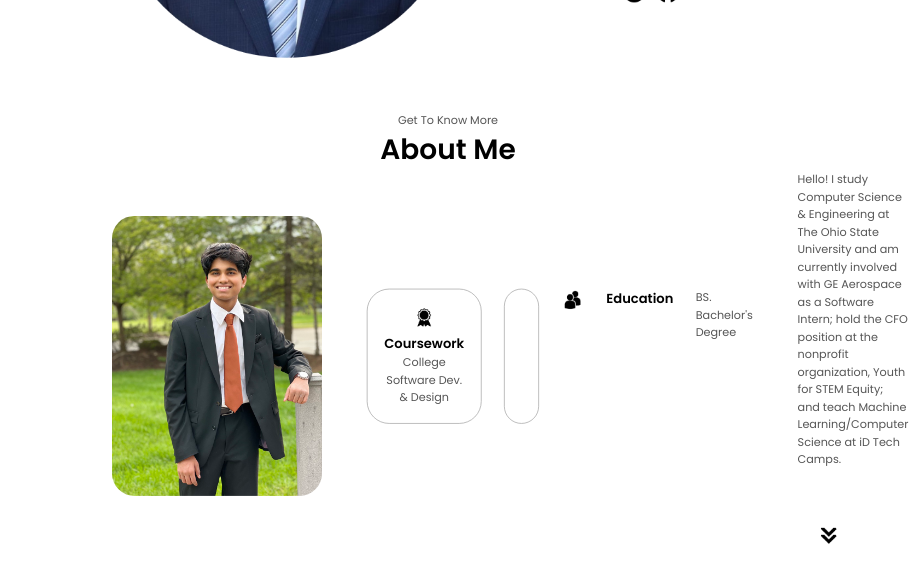
Repository: anuragkej/OldPortfolio
Page: index.html
These files come from the project's save history. The page is drawn as it stood at one moment and after the next save; the edit follows.
The browser window is 1280 px wide. The page is 1298 px wide, so the pictures cover 1298 px, including what lies to the right of the window. The pictures show the part of the page from y = 568 to 2448 px (the page is 1390 px tall before and 2779 px after), at 70% of full size.

Above is the page before, as saved 2024-05-26 05:08:49.

### index.html
<!DOCTYPE html>
<html lang="en">
<head>
    <meta charset="UTF-8">
    <meta name="viewport" content="width=device-width, initial-scale=1.0">
    <title>Personal Portfolio</title>
    <link rel="stylesheet" href="style.css">
    <link rel="stylesheet" href="mediaqueries.css">
</head>
<body>
    <nav id="desktop-nav">
        <div class="logo">Anurag Kejriwal</div>
        <div>
            <ul class="nav-links">
                <li><a href="#about">About</a></li>
                <li><a href="#experience">Experience</a></li>
                <li><a href="#projects">Projects</a></li>
                <li><a href="#contact">Contact</a></li>
            </ul>
        </div>
    </nav>
    <nav id="hamburger-nav">
        <div class="logo">Anurag Kejriwal</div>
        <div class="hamburger-menu">
            <div class="hamburger-icon" onclick="toggleMenu()">
                <span></span>
                <span></span>
                <span></span>
            </div>
            <div class="menu-links">
                <li><a href="#about" onclick="toggleMenu()" >About</a></li>
                <li><a href="#experience" onclick="toggleMenu()">Experience</a></li>
                <li><a href="#projects" onclick="toggleMenu()">Projects</a></li>
                <li><a href="#contact" onclick="toggleMenu()">Contact</a></li>
            </div>
        </div>
    </nav>
    <section id="profile">
        <div class="section_pic-container">
            <img src="./assets/anuragprofpic.png" alt="Anurag Kejriwal profile picture">
        </div>
        <div class="section__text">
            <p class="section__text__p1">Hello, I'm</p>
            <h1 class="title">Anurag Kejriwal</h1>
            <p class="section__text__p2">Passion-Driven Developer</p>
            <div class="btn-container">
                <button class="btn btn-color-2"
                onclick="window.open('./assets/AnuragKejriwalResume_2026.pdf')">Resume</button>
                <button class="btn btn-color-1"
                onclick="location.href='./#contact'">Contact</button>
            </div>
            <div id="socials-container">
                <img src="./assets/linkedin.png" alt="My LinkedIn Profile"
                class ="icon" onclick="location.href='https://linkedin.com/in/anuragkejriwal1/'">
                <img src="./assets/github.png" alt="My Github Profile"
                class ="icon" onclick="location.href='https://github.com/anuragkej'">
            </div>
        </div>
    </section>
    <section id="about">
        <p class="section__text__p1">Get To Know More</p>
        <h1 class="title">About Me</h1>
        <div class="section-container">
        <div class="section__pic-container">
            <img src="./assets/E4CC9343-5963-4651-9569-35505B2238C1_1_105_c.jpeg" alt="Profile Picture" class="about-pic"/>
        </div>
        <div class="about-details-container">
            <div class="about-containers">
                <div class="details-container">
                    <img src="./assets/experience.png" alt="Experience icon" class="icon"/>
                    <h3>Coursework </h3>
                    <p>College <br />Software Dev. & Design</p>
                </div>
                <div class="details-container"></div>
                <img src="./assets/education.png" alt="Education icon" class="icon"/>
                    <h3>Education</h3>
                    <p>BS. Bachelor's Degree </p>
            </div>
        </div>
        <div class="text-container">
            <p>Hello! I study Computer Science & Engineering at The Ohio State University and am currently involved with GE Aerospace as a Software Intern; hold the CFO position at the nonprofit organization, Youth for STEM Equity; and teach Machine Learning/Computer Science at iD Tech Camps.</p>
        </div>
        </div>
        <img src="./assets/arrow.png"
        alt="Arrow icon"
        class="icon arrow"
        onclick = "location.href='./#experience'"
        >
    </section>
    <script src="script.js"></script>

</body>
</html>

### style.css
/* General */

@import url('https://fonts.googleapis.com/css2?family=Poppins:wght@300;400;500;600&display=swap');
*{
    margin: 0;
    padding: 0;
}

body{
    font-family: "Poppins", sans-serif;
}

html{
    scroll-behavior: smooth;
}

p{
    color: rgb(85, 85, 85);
}

/* Transition */
/* all the links, with button*/

a,
.btn{
    transition: all 300ms ease;
}

/*Desktop navigation */

nav, .nav-links {
    display: flex;
}

nav{
    justify-content: space-around;
    align-items: center;
    height: 17vh;
}

.nav-links{
    gap: 2rem;
    list-style: none;
    font-size: 1.45rem;
}

a{
    color: black;
    text-decoration: none;
    text-decoration-color: white;

}

a:hover{
    color: grey;
    text-decoration: underline;
    text-underline-offset: 0.7rem;
    text-decoration-color: rgb(181, 181, 181);
}

.logo{
    font-size: 1.5rem
}

.logo:hover{
    cursor:default;
}

/*Hamburger menu */

#hamburger-nav{
    display: none;
}

.hamburger-menu{
    position: relative;
    display: inline-block;
}

.hamburger-icon{
    display: flex;
    flex-direction: column;
    justify-content: space-between;
    height: 24px;
    width: 30px;
    cursor: pointer;
}

.hamburger-icon span{
    width: 100%;
    height: 2px;
    background-color: black;
    transition: all 0.3 ease-in-out;
}

.menu-links{
    position: absolute;
    top: 100%;
    right: 0%;
    background-color: white;
    width: fit-content;
    max-height: 0;
    overflow: hidden;
    transition: all 0.3 ease-in-out;
}

.menu-links a{
    display: block;
    padding: 10px;
    text-align: center;
    font-size: 1.5rem;
    color:black;
    text-decoration: none;
    transition: all 0.3 ease-in-out;

}

.menu-links li{
    list-style: none;
}

.menu-links.open{
    max-height: 300px;
}

.hamburger-icon.open span:first-child{
    transform: rotate(45deg) translate(10px, 5px);
}
.hamburger-icon.open span:nth-child(2){
    opacity: 0;
}
.hamburger-icon.open span:last-child{
    transform: rotate(-45deg) translate(10px, -5px);
}

.hamburger-icon span:first-child{
    transform: none;
}
.hamburger-icon span:first-child{
    opacity: 1;
}
.hamburger-icon span:first-child{
    transform: none;
}

/*Sections*/

section{
    padding-top: 4vh;
    height: 96vh;
    margin: 0 10rem;
    box-sizing: border-box;
    min-height: fit-content;
}

.section-container{
    display: flex;
}

/*Profile Section*/

#profile {
    display: flex;
    justify-content: center;
    gap: 5rem;
    height: 80vh;
}

.section__pic-container{
    display: flex;
    height: 400px;
    width: 400px;
    margin: auto 0;
}

.section__text{
    align-self: center;
    text-align: center;

}

.section__text p{
    font-weight: 600;
}

.section__text__p1{
    text-align: center;
}
.section__text__p2{
    font-size: 2rem;
    margin-bottom: 1rem;
}

.title{
    font-size: 2.5rem;
    text-align: center;
}

#socials-container{
    display: flex;
    justify-content: center;
    margin-top: 1rem;
    gap: 1rem;
}

/*Icon*/

.icon{
    cursor: pointer;
    height: 2rem;
}

/*Buttons*/

.btn-container{
    display: flex;
    justify-content: center;
    gap: 1rem;

}

.btn{
    font-weight: 600;
    transition: all 300ms ease;
    padding: 1rem;
    width: 8rem;
    border-radius: 2rem;
}

.btn-color-1, .btn-color-2{
    border: rgb(53,53,53) 0.1rem solid;
}

.btn-color-1:hover, .btn-color-2:hover{
    cursor: pointer;
}


.btn-color-1:hover, .btn-color-2:hover{
    background: rgb(42, 42, 42);
    color: white;
}

.btn-color-2, .btn-color-1 {
    background: none;
}

.btn-color-2:hover{
    border: rgb(255,255,255) 0.3rem solid;
}


.btn-color-1:hover{
    border: rgb(255,255,255) 0.3rem solid;
}

.btn-container {
    gap: 1rem;
}

/*About section*/

#about{
    position: relative;
}

.about-containers{
    gap:2rem;
    margin-bottom: 2rem;
    margin-top: 2rem;
}

.about-details-container{
    justify-content: center;
    flex-direction: column;

}

.about-containers, .about-details-container{
    display: flex;
}

.about-pic{
    border-radius: 2rem;
}

.arrow{
    position: absolute;
    right: -5rem;
    bottom: 2.5rem;
}

.details-container{
    padding: 1.5rem;
    flex: 1;
    background: white;
    border-radius: 2rem;
    border: rgb(53, 53, 53) 0.1rem solid;
    border-color: rgb(163, 163, 163);
    text-align: center;
}

.section-container{
    gap: 4rem;
    height: 80%;
}

.section__pic-container{
    height: 400px;
    width: 400px;
    margin: auto 0
}
/* General */

@import url('https://fonts.googleapis.com/css2?family=Poppins:wght@300;400;500;600&display=swap');
*{
    margin: 0;
    padding: 0;
}

body{
    font-family: "Poppins", sans-serif;
}

html{
    scroll-behavior: smooth;
}

p{
    color: rgb(85, 85, 85);
}

/* Transition */
/* all the links, with button*/

a,
.btn{
    transition: all 300ms ease;
}

/*Desktop navigation */

nav, .nav-links {
    display: flex;
}

nav{
    justify-content: space-around;
    align-items: center;
    height: 17vh;
}

.nav-links{
    gap: 2rem;
    list-style: none;
    font-size: 1.45rem;
}

a{
    color: black;
    text-decoration: none;
    text-decoration-color: white;

}

a:hover{
    color: grey;
    text-decoration: underline;
    text-underline-offset: 0.7rem;
    text-decoration-color: rgb(181, 181, 181);
}

.logo{
    font-size: 1.5rem
}

.logo:hover{
    cursor:default;
}

/*Hamburger menu */

#hamburger-nav{
    display: none;
}

.hamburger-menu{
    position: relative;
    display: inline-block;
}

.hamburger-icon{
    display: flex;
    flex-direction: column;
    justify-content: space-between;
    height: 24px;
    width: 30px;
    cursor: pointer;
}

.hamburger-icon span{
    width: 100%;
    height: 2px;
    background-color: black;
    transition: all 0.3 ease-in-out;
}

.menu-links{
    position: absolute;
    top: 100%;
    right: 0%;
    background-color: white;
    width: fit-content;
    max-height: 0;
    overflow: hidden;
    transition: all 0.3 ease-in-out;
}

.menu-links a{
    display: block;
    padding: 10px;
    text-align: center;
    font-size: 1.5rem;
    color:black;
    text-decoration: none;
    transition: all 0.3 ease-in-out;

}

.menu-links li{
    list-style: none;
}

.menu-links.open{
    max-height: 300px;
}

.hamburger-icon.open span:first-child{
    transform: rotate(45deg) translate(10px, 5px);
}
.hamburger-icon.open span:nth-child(2){
    opacity: 0;
}
.hamburger-icon.open span:last-child{
    transform: rotate(-45deg) translate(10px, -5px);
}

.hamburger-icon span:first-child{
    transform: none;
}
.hamburger-icon span:first-child{
    opacity: 1;
}
.hamburger-icon span:first-child{
    transform: none;
}

/*Sections*/

section{
    padding-top: 4vh;
    height: 96vh;
    margin: 0 10rem;
    box-sizing: border-box;
    min-height: fit-content;
}

.section-container{
    display: flex;
}

/*Profile Section*/

#profile {
    display: flex;
    justify-content: center;
    gap: 5rem;
    height: 80vh;
}

.section__pic-container{
    display: flex;
    height: 400px;
    width: 400px;
    margin: auto 0;
}

.section__text{
    align-self: center;
    text-align: center;

}

.section__text p{
    font-weight: 600;
}

.section__text__p1{
    text-align: center;
}
.section__text__p2{
    font-size: 2rem;
    margin-bottom: 1rem;
}

.title{
    font-size: 2.5rem;
    text-align: center;
}

#socials-container{
    display: flex;
    justify-content: center;
    margin-top: 1rem;
    gap: 1rem;
}

/*Icon*/

.icon{
    cursor: pointer;
    height: 2rem;
}

/*Buttons*/

.btn-container{
    display: flex;
    justify-content: center;
    gap: 1rem;

}

.btn{
    font-weight: 600;
    transition: all 300ms ease;
    padding: 1rem;
    width: 8rem;
    border-radius: 2rem;
}

.btn-color-1, .btn-color-2{
    border: rgb(53,53,53) 0.1rem solid;
}

.btn-color-1:hover, .btn-color-2:hover{
    cursor: pointer;
}


.btn-color-1:hover, .btn-color-2:hover{
    background: rgb(42, 42, 42);
    color: white;
}

.btn-color-2, .btn-color-1 {
    background: none;
}

.btn-color-2:hover{
    border: rgb(255,255,255) 0.3rem solid;
}


.btn-color-1:hover{
    border: rgb(255,255,255) 0.3rem solid;
}

.btn-container {
    gap: 1rem;
}

/*About section*/

#about{
    position: relative;
}

.about-containers{
    gap:2rem;
    margin-bottom: 2rem;
    margin-top: 2rem;
}

.about-details-container{
    justify-content: center;
    flex-direction: column;

}

.about-containers, .about-details-container{
    display: flex;
}

.about-pic{
    border-radius: 2rem;
}

.arrow{
    position: absolute;
    right: -5rem;
    bottom: 2.5rem;
}

.details-container{
    padding: 1.5rem;
    flex: 1;
    background: white;
    border-radius: 2rem;
    border: rgb(53, 53, 53) 0.1rem solid;
    border-color: rgb(163, 163, 163);
    text-align: center;
}
/* General */

@import url('https://fonts.googleapis.com/css2?family=Poppins:wght@300;400;500;600&display=swap');
*{
    margin: 0;
    padding: 0;
}

body{
    font-family: "Poppins", sans-serif;
}

html{
    scroll-behavior: smooth;
}

p{
    color: rgb(85, 85, 85);
}

/* Transition */
/* all the links, with button*/

a,
.btn{
    transition: all 300ms ease;
}

/*Desktop navigation */

nav, .nav-links {
    display: flex;
}

nav{
    justify-content: space-around;
    align-items: center;
    height: 17vh;
}

.nav-links{
    gap: 2rem;
    list-style: none;
    font-size: 1.45rem;
}

a{
    color: black;
    text-decoration: none;
    text-decoration-color: white;

}

a:hover{
    color: grey;
    text-decoration: underline;
    text-underline-offset: 0.7rem;
    text-decoration-color: rgb(181, 181, 181);
}

.logo{
    font-size: 1.5rem
}

.logo:hover{
    cursor:default;
}

/*Hamburger menu */

#hamburger-nav{
    display: none;
}

.hamburger-menu{
    position: relative;
    display: inline-block;
}

.hamburger-icon{
    display: flex;
    flex-direction: column;
    justify-content: space-between;
    height: 24px;
    width: 30px;
    cursor: pointer;
}

.hamburger-icon span{
    width: 100%;
    height: 2px;
    background-color: black;
    transition: all 0.3 ease-in-out;
}

.menu-links{
    position: absolute;
    top: 100%;
    right: 0%;
    background-color: white;
    width: fit-content;
    max-height: 0;
    overflow: hidden;
    transition: all 0.3 ease-in-out;
}

.menu-links a{
    display: block;
    padding: 10px;
    text-align: center;
    font-size: 1.5rem;
    color:black;
    text-decoration: none;
    transition: all 0.3 ease-in-out;

}

.menu-links li{
    list-style: none;
}

.menu-links.open{
    max-height: 300px;
}

.hamburger-icon.open span:first-child{
    transform: rotate(45deg) translate(10px, 5px);
}
.hamburger-icon.open span:nth-child(2){
    opacity: 0;
}
.hamburger-icon.open span:last-child{
    transform: rotate(-45deg) translate(10px, -5px);
}

.hamburger-icon span:first-child{
    transform: none;
}
.hamburger-icon span:first-child{
    opacity: 1;
}
.hamburger-icon span:first-child{
    transform: none;
}

/*Sections*/

section{
    padding-top: 4vh;
    height: 96vh;
    margin: 0 10rem;
    box-sizing: border-box;
    min-height: fit-content;
}

.section-container{
    display: flex;
}

/*Profile Section*/

#profile {
    display: flex;
    justify-content: center;
    gap: 5rem;
    height: 80vh;
}

.section__pic-container{
    display: flex;
    height: 400px;
    width: 400px;
    margin: auto 0;
}

.section__text{
    align-self: center;
    text-align: center;

}

.section__text p{
    font-weight: 600;
}

.section__text__p1{
    text-align: center;
}
.section__text__p2{
    font-size: 2rem;
    margin-bottom: 1rem;
}

.title{
    font-size: 2.5rem;
    text-align: center;
}

#socials-container{
    display: flex;
    justify-content: center;
    margin-top: 1rem;
    gap: 1rem;
}

/*Icon*/

.icon{
    cursor: pointer;
    height: 2rem;
}

/*Buttons*/

.btn-container{
    display: flex;
    justify-content: center;
    gap: 1rem;

}

.btn{
    font-weight: 600;
    transition: all 300ms ease;
    padding: 1rem;
    width: 8rem;
    border-radius: 2rem;
}

.btn-color-1, .btn-color-2{
    border: rgb(53,53,53) 0.1rem solid;
}

.btn-color-1:hover, .btn-color-2:hover{
    cursor: pointer;
}


.btn-color-1:hover, .btn-color-2:hover{
    background: rgb(42, 42, 42);
    color: white;
}

.btn-color-2, .btn-color-1 {
    background: none;
}

.btn-color-2:hover{
    border: rgb(255,255,255) 0.3rem solid;
}


.btn-color-1:hover{
    border: rgb(255,255,255) 0.3rem solid;
}

.btn-container {
    gap: 1rem;
}

/*About section*/

#about{
    position: relative;
}

.about-containers{
    gap:2rem;
    margin-bottom: 2rem;
    margin-top: 2rem;
}

.about-details-container{
    justify-content: center;
    flex-direction: column;

}

.about-containers, .about-details-container{
    display: flex;
}

.about-pic{
    border-radius: 2rem;
}

.arrow{
    position: absolute;
    right: -5rem;
    bottom: 2.5rem;
}
/* General */

@import url('https://fonts.googleapis.com/css2?family=Poppins:wght@300;400;500;600&display=swap');
*{
    margin: 0;
    padding: 0;
}

body{
    font-family: "Poppins", sans-serif;
}

html{
    scroll-behavior: smooth;
}

p{
    color: rgb(85, 85, 85);
}

/* Transition */
/* all the links, with button*/

a,
.btn{
    transition: all 300ms ease;
}

/*Desktop navigation */

nav, .nav-links {
    display: flex;
}

nav{
    justify-content: space-around;
    align-items: center;
    height: 17vh;
}

.nav-links{
    gap: 2rem;
    list-style: none;
    font-size: 1.45rem;
}

a{
    color: black;
    text-decoration: none;
    text-decoration-color: white;

}

a:hover{
    color: grey;
    text-decoration: underline;
    text-underline-offset: 0.7rem;
    text-decoration-color: rgb(181, 181, 181);
}

.logo{
    font-size: 1.5rem
}

.logo:hover{
    cursor:default;
}

/*Hamburger menu */

#hamburger-nav{
    display: none;
}

.hamburger-menu{
    position: relative;
    display: inline-block;
}

.hamburger-icon{
    display: flex;
    flex-direction: column;
    justify-content: space-between;
    height: 24px;
    width: 30px;
    cursor: pointer;
}

.hamburger-icon span{
    width: 100%;
    height: 2px;
    background-color: black;
    transition: all 0.3 ease-in-out;
}

.menu-links{
    position: absolute;
    top: 100%;
    right: 0%;
    background-color: white;
    width: fit-content;
    max-height: 0;
    overflow: hidden;
    transition: all 0.3 ease-in-out;
}

.menu-links a{
    display: block;
    padding: 10px;
    text-align: center;
    font-size: 1.5rem;
    color:black;
    text-decoration: none;
    transition: all 0.3 ease-in-out;

}

.menu-links li{
    list-style: none;
}

.menu-links.open{
    max-height: 300px;
}

.hamburger-icon.open span:first-child{
    transform: rotate(45deg) translate(10px, 5px);
}
.hamburger-icon.open span:nth-child(2){
    opacity: 0;
}
.hamburger-icon.open span:last-child{
    transform: rotate(-45deg) translate(10px, -5px);
}

.hamburger-icon span:first-child{
    transform: none;
}
.hamburger-icon span:first-child{
    opacity: 1;
}
.hamburger-icon span:first-child{
    transform: none;
}

/*Sections*/

section{
    padding-top: 4vh;
    height: 96vh;
    margin: 0 10rem;
    box-sizing: border-box;
    min-height: fit-content;
}

.section-container{
    display: flex;
}

/*Profile Section*/

#profile {
    display: flex;
    justify-content: center;
    gap: 5rem;
    height: 80vh;
}

.section__pic-container{
    display: flex;
    height: 400px;
    width: 400px;
    margin: auto 0;
}

.section__text{
    align-self: center;
    text-align: center;

}

.section__text p{
    font-weight: 600;
}

.section__text__p1{
    text-align: center;
}
.section__text__p2{
    font-size: 2rem;
    margin-bottom: 1rem;
}

.title{
    font-size: 2.5rem;
    text-align: center;
}

#socials-container{
    display: flex;
    justify-content: center;
    margin-top: 1rem;
    gap: 1rem;
}

/*Icon*/

.icon{
    cursor: pointer;
    height: 2rem;
}

/*Buttons*/

.btn-container{
    display: flex;
    justify-content: center;
    gap: 1rem;

}

.btn{
    font-weight: 600;
    transition: all 300ms ease;
    padding: 1rem;
    width: 8rem;
    border-radius: 2rem;
}

.btn-color-1, .btn-color-2{
    border: rgb(53,53,53) 0.1rem solid;
}

.btn-color-1:hover, .btn-color-2:hover{
    cursor: pointer;
}


.btn-color-1:hover, .btn-color-2:hover{
    background: rgb(42, 42, 42);
    color: white;
}

.btn-color-2, .btn-color-1 {
    background: none;
}

.btn-color-2:hover{
    border: rgb(255,255,255) 0.3rem solid;
}


.btn-color-1:hover{
    border: rgb(255,255,255) 0.3rem solid;
}

.btn-container {
    gap: 1rem;
}

/*About section*/

#about{
    position: relative;
}

.about-containers{
    gap:2rem;
}

.about-details-container{
    justify-content: center;
    flex-direction: column;

}

.about-containers, .about-details-container{
    display: flex;
}

.about-pic{
    border-radius: 2rem;
}

.arrow{
    position: absolute;
    right: -5rem;
    bottom: 2.5rem;
}

### mediaqueries.css
@media screen and (max-width: 1200px) {
    #desktop-nav {
        display: none;
    }
    #hamburger-nav{
        display: flex;
    }
}

Loaded but not shown: script.js (12 lines, source omitted)

After the next save:
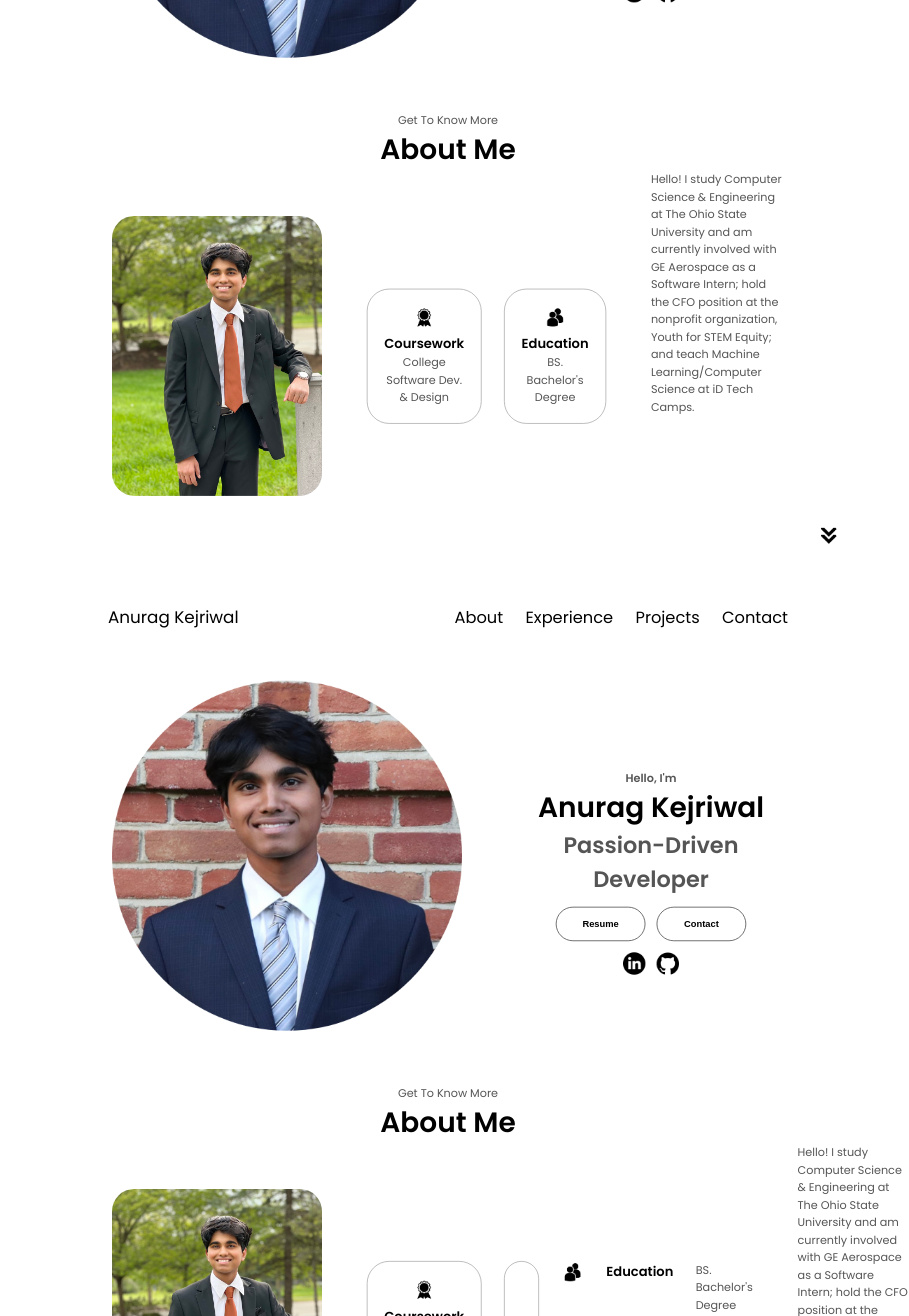
Saved 45 s later.
--- a/index.html
+++ b/index.html
@@ -1,3 +1,97 @@
+<!DOCTYPE html>
+<html lang="en">
+<head>
+    <meta charset="UTF-8">
+    <meta name="viewport" content="width=device-width, initial-scale=1.0">
+    <title>Personal Portfolio</title>
+    <link rel="stylesheet" href="style.css">
+    <link rel="stylesheet" href="mediaqueries.css">
+</head>
+<body>
+    <nav id="desktop-nav">
+        <div class="logo">Anurag Kejriwal</div>
+        <div>
+            <ul class="nav-links">
+                <li><a href="#about">About</a></li>
+                <li><a href="#experience">Experience</a></li>
+                <li><a href="#projects">Projects</a></li>
+                <li><a href="#contact">Contact</a></li>
+            </ul>
+        </div>
+    </nav>
+    <nav id="hamburger-nav">
+        <div class="logo">Anurag Kejriwal</div>
+        <div class="hamburger-menu">
+            <div class="hamburger-icon" onclick="toggleMenu()">
+                <span></span>
+                <span></span>
+                <span></span>
+            </div>
+            <div class="menu-links">
+                <li><a href="#about" onclick="toggleMenu()" >About</a></li>
+                <li><a href="#experience" onclick="toggleMenu()">Experience</a></li>
+                <li><a href="#projects" onclick="toggleMenu()">Projects</a></li>
+                <li><a href="#contact" onclick="toggleMenu()">Contact</a></li>
+            </div>
+        </div>
+    </nav>
+    <section id="profile">
+        <div class="section_pic-container">
+            <img src="./assets/anuragprofpic.png" alt="Anurag Kejriwal profile picture">
+        </div>
+        <div class="section__text">
+            <p class="section__text__p1">Hello, I'm</p>
+            <h1 class="title">Anurag Kejriwal</h1>
+            <p class="section__text__p2">Passion-Driven Developer</p>
+            <div class="btn-container">
+                <button class="btn btn-color-2"
+                onclick="window.open('./assets/AnuragKejriwalResume_2026.pdf')">Resume</button>
+                <button class="btn btn-color-1"
+                onclick="location.href='./#contact'">Contact</button>
+            </div>
+            <div id="socials-container">
+                <img src="./assets/linkedin.png" alt="My LinkedIn Profile"
+                class ="icon" onclick="location.href='https://linkedin.com/in/anuragkejriwal1/'">
+                <img src="./assets/github.png" alt="My Github Profile"
+                class ="icon" onclick="location.href='https://github.com/anuragkej'">
+            </div>
+        </div>
+    </section>
+    <section id="about">
+        <p class="section__text__p1">Get To Know More</p>
+        <h1 class="title">About Me</h1>
+        <div class="section-container">
+        <div class="section__pic-container">
+            <img src="./assets/E4CC9343-5963-4651-9569-35505B2238C1_1_105_c.jpeg" alt="Profile Picture" class="about-pic"/>
+        </div>
+        <div class="about-details-container">
+            <div class="about-containers">
+                <div class="details-container">
+                    <img src="./assets/experience.png" alt="Experience icon" class="icon"/>
+                    <h3>Coursework </h3>
+                    <p>College <br />Software Dev. & Design</p>
+                </div>
+                <div class="details-container">
+                <img src="./assets/education.png" alt="Education icon" class="icon"/>
+                    <h3>Education</h3>
+                    <p>BS. Bachelor's Degree </p>
+                </div>
+            </div>
+        </div>
+        <div class="text-container">
+            <p>Hello! I study Computer Science & Engineering at The Ohio State University and am currently involved with GE Aerospace as a Software Intern; hold the CFO position at the nonprofit organization, Youth for STEM Equity; and teach Machine Learning/Computer Science at iD Tech Camps.</p>
+        </div>
+        </div>
+        <img src="./assets/arrow.png"
+        alt="Arrow icon"
+        class="icon arrow"
+        onclick = "location.href='./#experience'"
+        >
+    </section>
+    <script src="script.js"></script>
+
+</body>
+</html>
 <!DOCTYPE html>
 <html lang="en">
 <head>
